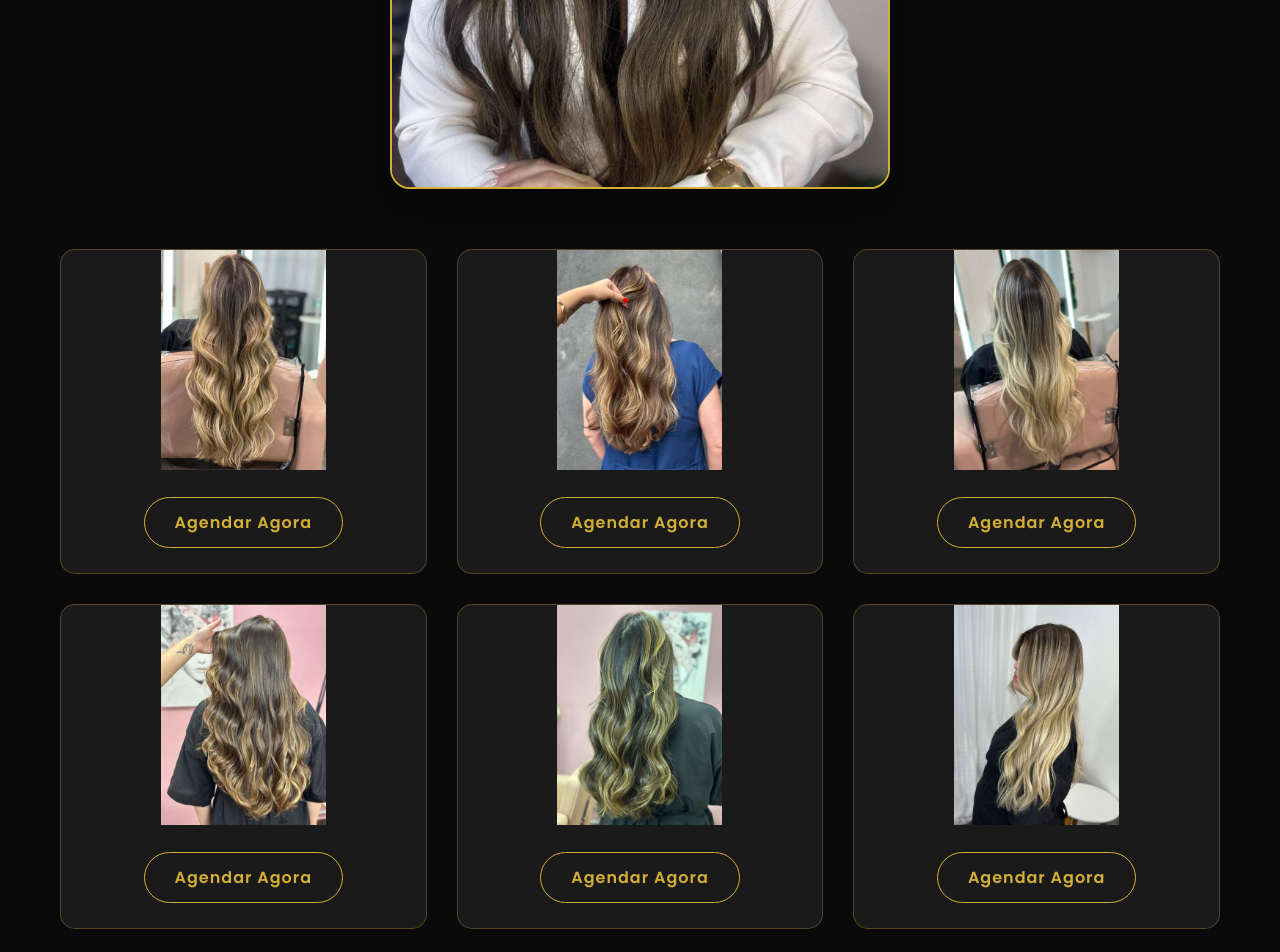
Repository: Sandro1969-tech/campanini-beauty
Page: index.html
These files come from the project's save history. The page is drawn as it stood at one moment and after the next save; the edit follows.
The browser window is 1280 px wide. The pictures show the part of the page from y = 729 to 1681 px (the page is 2941 px tall before and 2901 px after).

Above is the page before, as saved 2026-02-17 19:58:59.

After the next save:
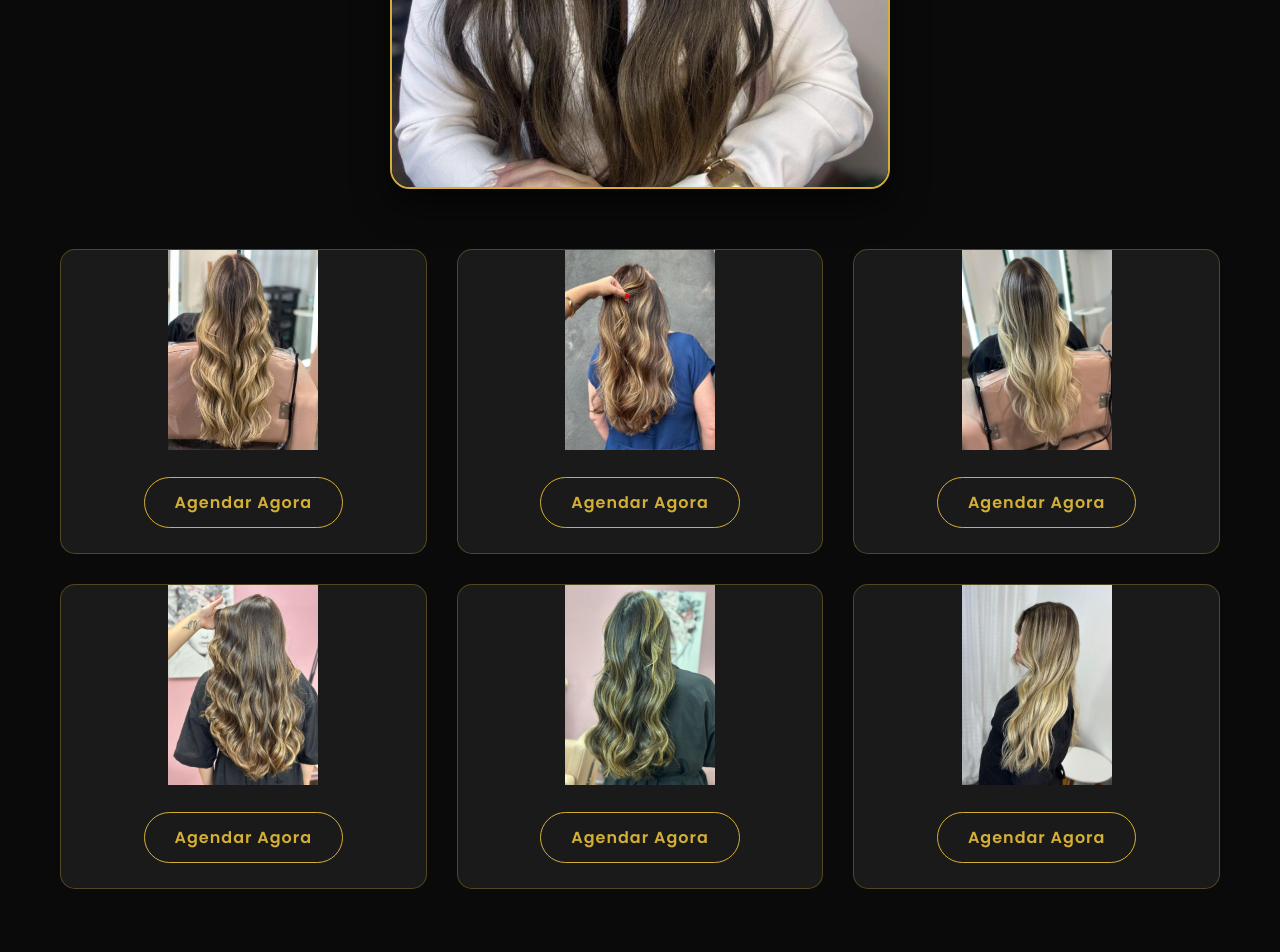
Saved 65 s later.
--- a/index.html
+++ b/index.html
@@ -107,7 +107,7 @@
 
         .card img {
             width: 100%;
-            height: 220px;
+            height: 200px;
             object-fit: contain; /* Garante que a imagem não fique esticada */
         }
 
